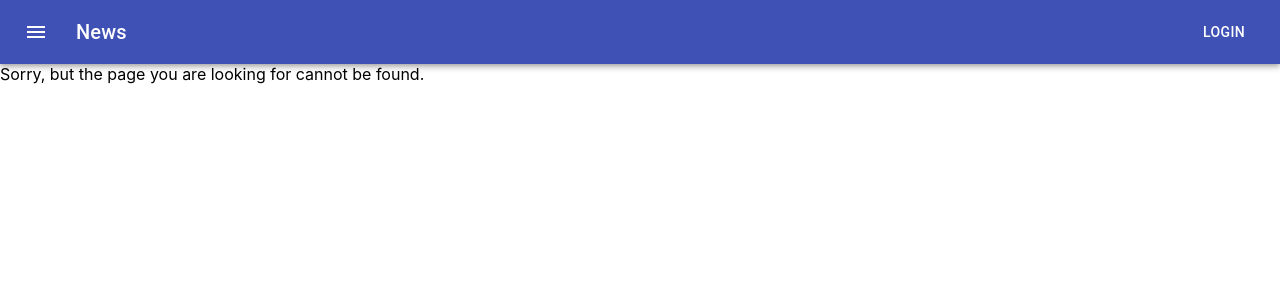
Repository: kinetic-coder/career-manager
Page: /
The author's editor kept a copy of each file at every save. The page is drawn from the files as they stood at one save, then again after the next save.
The browser window is 1280 px wide. The pictures show the whole page.
The project was rebuilt for these pictures with package versions that can differ from the ones it lists, and the page was loaded fresh each time.

Above is the page before, as saved 2020-10-08 10:36:58.

### src/index.js
import React from 'react';
import ReactDOM from 'react-dom';
import './index.css';
import * as serviceWorker from './serviceWorker';
import Routes from './components/Routes';

ReactDOM.render(
  <React.StrictMode>
    <Routes />
  </React.StrictMode>,
  document.getElementById('root')
);

// If you want your app to work offline and load faster, you can change
// unregister() to register() below. Note this comes with some pitfalls.
// Learn more about service workers: https://bit.ly/CRA-PWA
serviceWorker.unregister();

### src/components/Routes.js
import React from 'react';
import { BrowserRouter as Router, Route } from 'react-router-dom';

// Pages
import HomePage from '../views/HomePage';
import ErrorPage from '../views/ErrorPage';

const Routes = () => {
    return(
        <div>
            <Router>
                <Route path="/" component={HomePage} exact/>
                <Route component={ErrorPage}/>
            </Router>
        </div>
    );
}

export default Routes;

### src/views/HomePage.js
import React from 'react';
import { makeStyles } from '@material-ui/core/styles';
import AppBar from '@material-ui/core/AppBar';
import Toolbar from '@material-ui/core/Toolbar';
import Typography from '@material-ui/core/Typography';
import Button from '@material-ui/core/Button';
import IconButton from '@material-ui/core/IconButton';
import MenuIcon from '@material-ui/icons/Menu';

const useStyles = makeStyles((theme) => ({
  root: {
    flexGrow: 1,
  },
  menuButton: {
    marginRight: theme.spacing(2),
  },
  title: {
    flexGrow: 1,
  },
}));

 const HomePage = () => {
    const classes = useStyles();

    return (
      <div className={classes.root}>
        <AppBar position="static">
          <Toolbar>
            <IconButton edge="start" className={classes.menuButton} color="inherit" aria-label="menu">
              <MenuIcon />
            </IconButton>
            <Typography variant="h6" className={classes.title}>
              News
            </Typography>
            <Button color="inherit">Login</Button>
          </Toolbar>
        </AppBar>
      </div>
    );
}

export default HomePage;

### src/views/ErrorPage.js
import React from 'react';

const ErrorPage = () => (
    <div>
        Sorry, but the page you are looking for cannot be found.
    </div>
);

export default ErrorPage;

Loaded but not shown: src/index.css (common file); src/serviceWorker.js (common file)

After the next save:
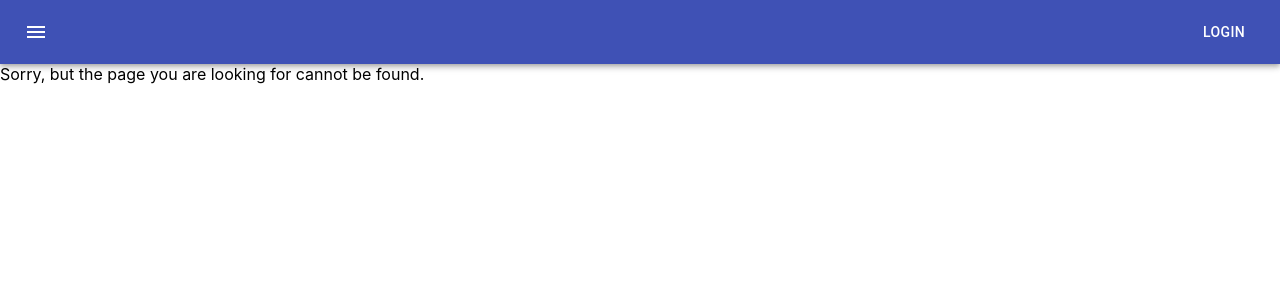
Saved 2 min 5 s later.
--- a/src/views/HomePage.js
+++ b/src/views/HomePage.js
@@ -30,7 +30,7 @@ const useStyles = makeStyles((theme) => ({
               <MenuIcon />
             </IconButton>
             <Typography variant="h6" className={classes.title}>
-              News
+
             </Typography>
             <Button color="inherit">Login</Button>
           </Toolbar>
